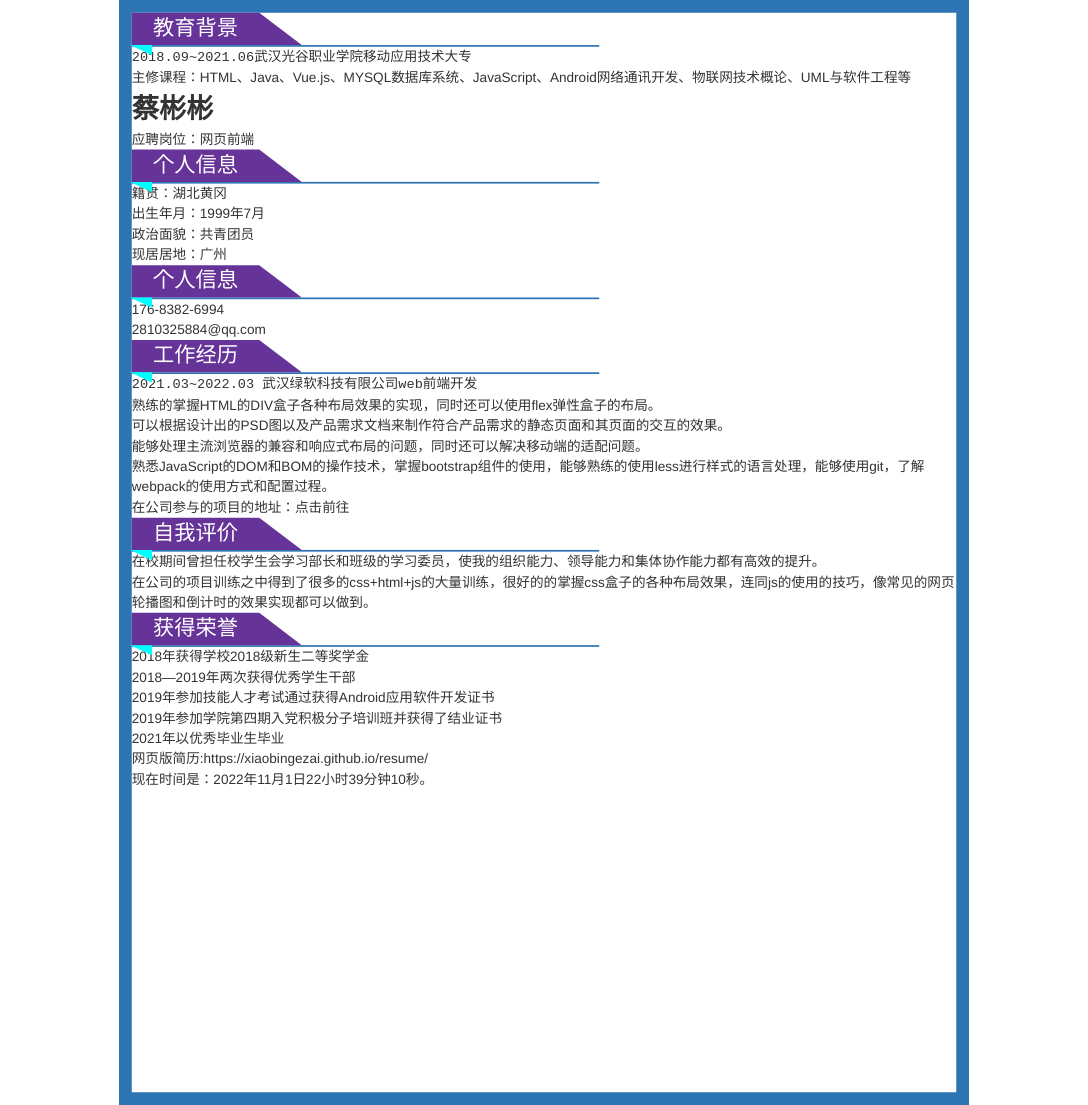
Repository: xiaobingezai/resume
Page: index.html
These files come from the project's save history. The page is drawn as it stood at one moment and after the next save; the edit follows.
The browser window is 1280 px wide. The pictures show the whole page, at 85% of full size.

Above is the page before, as saved 2022-11-02 20:45:57.

### index.html
<!DOCTYPE html>
<html lang="en">

<head>
    <meta charset="UTF-8">
    <meta http-equiv="X-UA-Compatible" content="IE=edge">
    <meta name="viewport" content="width=device-width, initial-scale=1.0">
    <title>Document</title>
    <link rel="stylesheet" href="css/index.css">
</head>

<body>
    <div class="wrapper" id="zhengTi">
        <div id="head">

            <div class="jiaoYuBeiJing">
                <div class="zhuangShiTuPian"><samp>教育背景</samp></div>
                <div class="samp1">
                    <samp>2018.09~2021.06</samp><samp>武汉光谷职业学院</samp><samp>移动应用技术</samp><samp>大专</samp>
                </div>
                <p>主修课程：HTML、Java、Vue.js、MYSQL数据库系统、JavaScript、Android网络通讯开发、物联网技术概论、UML与软件工程等</p>
            </div>
        </div>
        <div id="content" class="clearfix">
            <div class="gongZuoJingLi1">
                <div class="first">
                    <h1>蔡彬彬</h1>
                    <p>应聘岗位：网页前端</p>
                </div>
                <div class="second">
                    <div class="zhuangShiTuPian"><samp>个人信息</samp></div>
                    <ul class="ul1">
                        <li>籍贯：湖北黄冈</li>
                        <li>出生年月：1999年7月</li>
                        <li>政治面貌：共青团员</li>
                        <li>现居居地：广州</li>
                    </ul>
                </div>
                <div class="third">
                    <div class="zhuangShiTuPian"><samp>个人信息</samp></div>
                    <ul class="ul2">
                        <li>176-8382-6994</li>
                        <li>2810325884@qq.com</li>
                    </ul>
                </div>
            </div>
            <div class="gongZuoJingLi">
                <div class="zhuangShiTuPian"><samp>工作经历</samp></div>

                <ul class="gongZuoJingLi2">
                    <div class="gongZuo">
                        <samp>2021.03~2022.03 </samp><samp>武汉绿软科技有限公司</samp><samp>web前端开发</samp>
                    </div>
                    <li>熟练的掌握HTML的DIV盒子各种布局效果的实现，同时还可以使用flex弹性盒子的布局。</li>
                    <li>可以根据设计出的PSD图以及产品需求文档来制作符合产品需求的静态页面和其页面的交互的效果。</li>
                    <li>能够处理主流浏览器的兼容和响应式布局的问题，同时还可以解决移动端的适配问题。</li>
                    <li>熟悉JavaScript的DOM和BOM的操作技术，掌握bootstrap组件的使用，能够熟练的使用less进行样式的语言处理，能够使用git，了解webpack的使用方式和配置过程。</li>
                    <li>在公司参与的项目的地址：<a href="http://www.downyi.com/" target="blank">点击前往</a></li>
                </ul>
            </div>
        </div>
        <div id="tail" class="clearfix">
            <div class="diBu1">
                <div class="zhuangShiTuPian"><samp>自我评价</samp></div>
                <ul>
                    <li>在校期间曾担任校学生会学习部长和班级的学习委员，使我的组织能力、领导能力和集体协作能力都有高效的提升。</li>
                    <li>在公司的项目训练之中得到了很多的css+html+js的大量训练，很好的的掌握css盒子的各种布局效果，连同js的使用的技巧，像常见的网页轮播图和倒计时的效果实现都可以做到。</li>
                </ul>
            </div>
            <div class="diBu2">
                <div class="zhuangShiTuPian"><samp>获得荣誉</samp></div>
                <ul>
                    <li>2018年获得学校2018级新生二等奖学金</li>
                    <li>2018—2019年两次获得优秀学生干部</li>
                    <li>2019年参加技能人才考试通过获得Android应用软件开发证书</li>
                    <li>2019年参加学院第四期入党积极分子培训班并获得了结业证书</li>
                    <li>2021年以优秀毕业生毕业</li>
                </ul>
            </div>
        </div>
        <div id="jianLi">
            <p >网页版简历:<a href="https://xiaobingezai.github.io/resume/" target="blank">https://xiaobingezai.github.io/resume/</a></p>
            <div class="daoJiShi"></div>
        </div>

        <script src="./js/index.js">
        </script>
    </div>

</body>

</html>

### css/index.css
/* 清除默认样式的代码 */
/* 去除常见标签默认的 margin 和 padding */
body,
h1,
h2,
h3,
h4,
h5,
h6,
p,
ul,
ol,
li,
dl,
dt,
dd,
input {
    margin: 0;
    padding: 0;
}

/* 內减模式 */
* {
    box-sizing: border-box;
}

/* 设置网页统一的字体大小、行高、字体系列相关属性 */
body {
    font: 16px/1.5 "Helvetica Neue", Helvetica, Arial, "Microsoft Yahei",
        "Hiragino Sans GB", "Heiti SC", "WenQuanYi Micro Hei", sans-serif;
    color: #333;
}

/* 去除列表默认样式 */
ul,
ol {
    list-style: none;
}

/* 去除默认的倾斜效果 */
em,
i {
    font-style: normal;
}

/* 去除a标签默认下划线，并设置默认文字颜色 */
a {
    text-decoration: none;
    color: #333;
}

/* 设置img的垂直对齐方式为居中对齐，去除img默认下间隙 */
img {
    vertical-align: middle;
}

/* 去除input默认样式 */
input {
    border: none;
    outline: none;
    color: #333;
}

/* 左浮动 */
.fl {
    float: left;
}

/* 右浮动 */
.fr {
    float: right;
}

/* 双伪元素清除法 */
.clearfix::before,
.clearfix::after {
    content: "";
    display: table;
}

.clearfix::after {
    clear: both;
}

/* 版心居中 */
.wrapper {
    width: 1240px;
    margin: 0 auto;
}

/* 网页的整体外框 */
#zhengTi {
    width: 1000px;
    height: 1300px;
    background-color: #fff;
    border: 15px solid #2d74b5;
}

/* 装饰横条背景 */
.zhuangShiTuPian {
    position: relative;
    text-align: center;
    line-height: 40px;
    font-size: 25px;
    color: #fff;
    width: 550px;
    height: 40px;
    border-bottom: 2px solid #2d74b5;
}

.zhuangShiTuPian::after {
    content: '';
    position: absolute;
    left: -2px;

    width: 0;
    height: 0;
    border-width: 0 26px 12px 0;
    border-style: solid;
    border-color: transparent aqua;
}

.zhuangShiTuPian samp {
    display: block;
    width: 200px;
    height: 0;
    border-bottom: 38px solid rebeccapurple;
    border-right: 50px solid transparent;
}

### js/index.js
let daoJiShi = document.querySelector('.daoJiShi');
            shiJian();
            function shiJian() {
                let time = new Date();
                let nian = time.getFullYear();
                let yue = time.getMonth();
                let ri = time.getDate();
                let h = time.getHours();
                let m = time.getMinutes();
                let s = time.getSeconds();
                let dangQianShiJian = '现在时间是：' + +nian + '年' + (yue + 1) + '月' + ri + '日' + h + '小时' + m + '分钟' + s + '秒' +
                    '。';
                daoJiShi.innerHTML = dangQianShiJian;
            }
            setInterval('shiJian()', 1000);

After the next save:
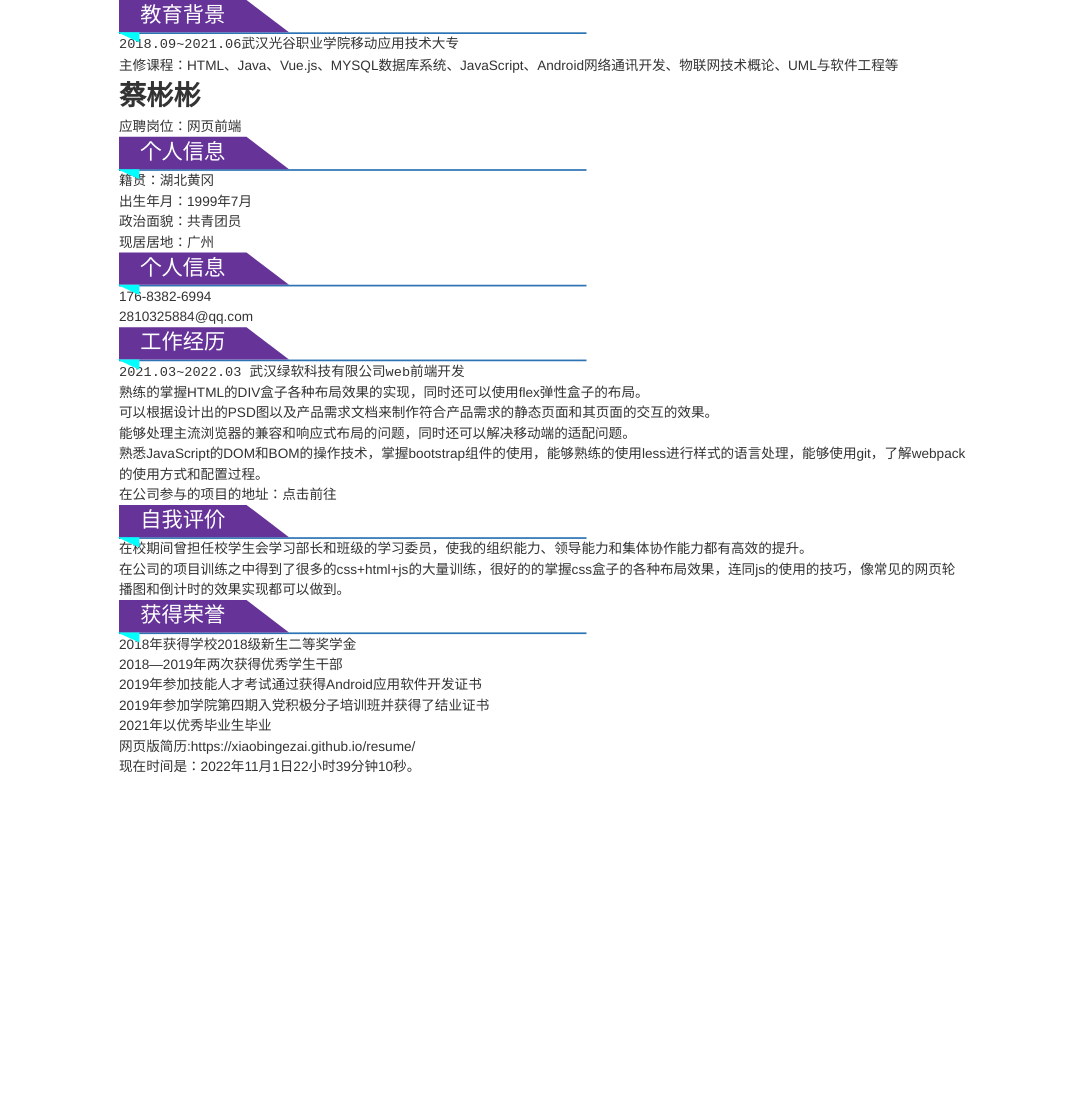
Saved 15 s later.
--- a/css/index.css
+++ b/css/index.css
@@ -93,7 +93,7 @@ input {
     width: 1000px;
     height: 1300px;
     background-color: #fff;
-    border: 15px solid #2d74b5;
+
 }
 
 /* 装饰横条背景 */
